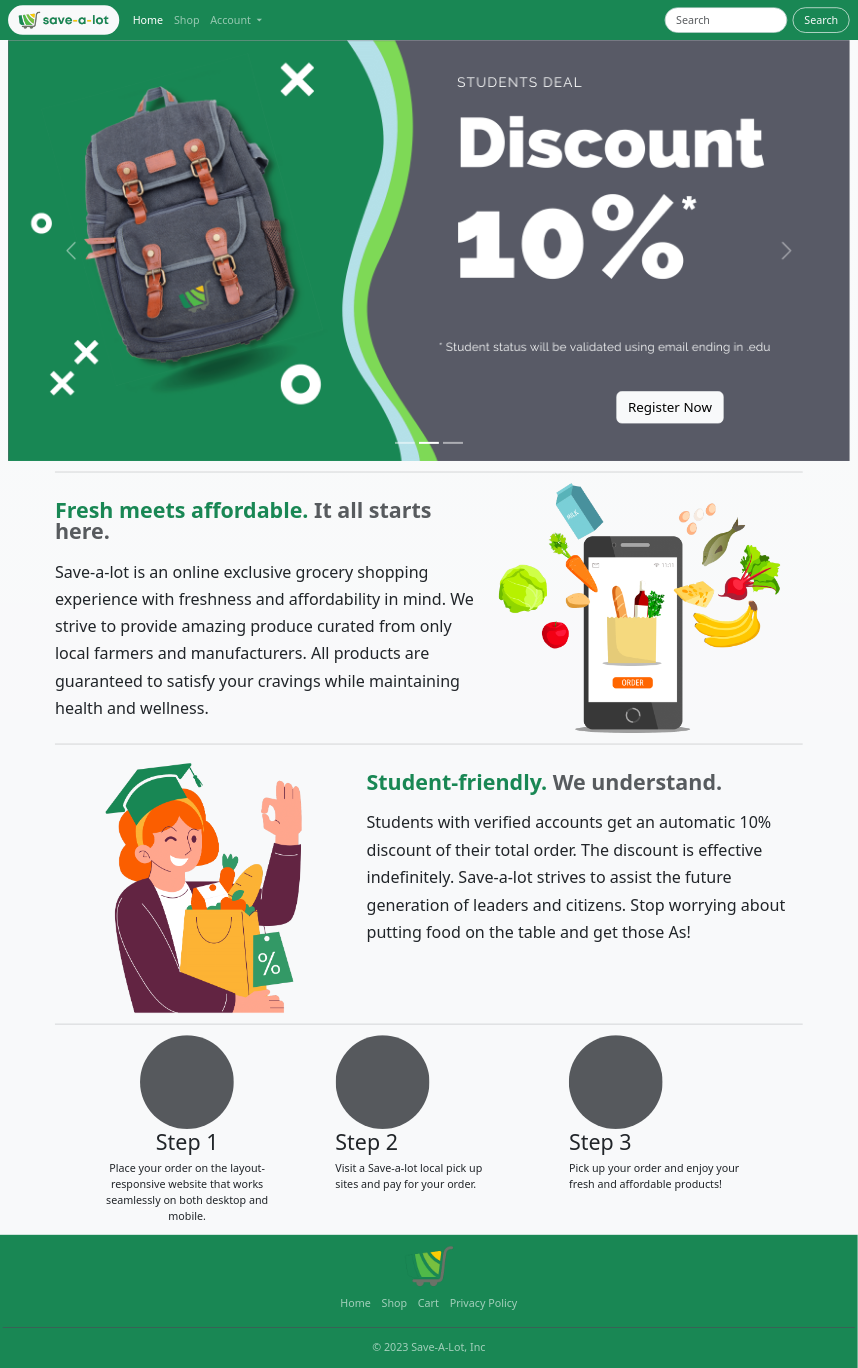
Repository: bill071194/savealot
Page: http://localhost/index
The author's editor kept a record of every edit. The page is drawn from the files as they stood at one moment, then again after the next edit.
The browser window is 1280 px wide. The pictures show the whole page, at 67% of full size.
The page is served by the project's Laravel application, run on PHP 8.4 with Laravel 10. Other server files are loaded and not shown. The database holds what the project's SQL file puts in it.

Above is the page before.

### savealot/routes/web.php
<?php

use Illuminate\Support\Facades\Route;
use App\Http\Controllers\Auth\LoginController;
use App\Http\Controllers\Auth\RegisterController;
use App\Http\Controllers\InventoryController;
use App\Http\Controllers\OrderController;
use App\Http\Controllers\AdminController;
use App\Http\Controllers\UserController;

/*
|--------------------------------------------------------------------------
| Web Routes
|--------------------------------------------------------------------------
|
| Here is where you can register web routes for your application. These
| routes are loaded by the RouteServiceProvider and all of them will
| be assigned to the "web" middleware group. Make something great!
|
*/

// Adding more default view in //
Route::view('/login', 'login');
Route::view('/register', 'register');
Route::view('/privacy', 'privacy');

Auth::routes();

Route::get('/home', [App\Http\Controllers\HomeController::class, 'index'])->name('home');

Route::controller(InventoryController::class)->group(function () {
    Route::get('/', 'homepage');
    Route::get('/index', 'homepage');
    Route::get('/inventory-create', 'create');
    Route::post('/inventory-create', 'store');
    Route::get('/inventory-{id}', 'edit');
    Route::post('/inventory-{id}', 'update');
    Route::post('/inventory/{id}/destroy', 'destroy');
    Route::post('/inventory/{id}/updateQty', 'updateQuantity');
    Route::get('/shop', 'shop');
    Route::get('/shop/{id}', 'show');
    Route::post('/shop/{id}/addToCart', 'addToCart');
    Route::post('/shop/{id}/removeFromCart', 'removeFromCart');
    Route::get('/search', 'search');
    Route::get('/cart', 'cart');
    Route::post('/emptyCart', 'emptyCart');
    Route::get('/uploadfile', 'uploadCSV');
    Route::post('/uploadfile', 'importCSV');
    Route::get('/uploadpicture', 'uploadPicture');
    Route::post('/uploadpicture', 'movePicture');
});

Route::controller(OrderController::class)->group(function () {
    Route::post('/cart/checkout', 'checkOut');
    Route::get('/orderhistory', 'orderHistory');
    Route::put('/order/{id}', 'update');
    Route::delete('/order/{id}', 'destroy');
});

Route::controller(AdminController::class)->group(function () {
    Route::get('/inventory', 'inventoriesDashboard');
    Route::get('/admin', 'adminRedirect');
    Route::get('/adminDashboard', 'adminDashboard');
    Route::get('/orders', 'ordersDashboard');
    Route::get('/ordersList', 'allOrders');
    Route::get('/users', 'usersDashboard');
    Route::get('/usersList', 'allUsers');
    Route::get('/transactions', 'transactionsDashboard');
});

Route::controller(UserController::class)->group(function () {
    Route::put('/user/{id}', 'update');
    Route::delete('/user/{id}', 'destroy');
});

### savealot/app/Http/Controllers/InventoryController.php
<?php

namespace App\Http\Controllers;

use App\Models\Inventory;
use Illuminate\Http\Request;

class InventoryController extends Controller
{
    public function shop()
    {
        $inventories = Inventory::all();
        foreach ($inventories as $item) {
            if (session("cart-$item->id") > 0) {
            } else {
                session(["cart-$item->id" => 0]);
            }
        }
        $inventory = inventory::where('prod_quantity', '>', 0)->where('prod_selling_price', '>', 0)->orderByDesc('prod_revenue', 'prod_sold')->paginate(12);
        return view('shop',['inventory' => $inventory]);
    }

    public function search(Request $request)
    {
        $inventories = Inventory::all();
        foreach ($inventories as $item) {
            if (session("cart-$item->id") > 0) {
            } else {
                session(["cart-$item->id" => 0]);
            }
        }
        $inventory = Inventory::where('prod_name', 'LIKE', '%' . request('search') . '%')->orWhere('prod_description', 'LIKE', '%' . request('search') . '%')->orderByDesc('prod_revenue', 'prod_sold')->paginate(12);
        return view('/shop')->with('inventory', $inventory);
    }

    public function addToCart(string $id, Request $request)
    {
        session()->increment("cart-$id");
        if ($request->redirect == "redirectToCart") {
            return redirect()->action([InventoryController::class, 'cart']);
        } else {
            return redirect(url()->previous()."#id-$id");
        }
    }

    public function removeFromCart(string $id, Request $request)
    {
        session()->decrement("cart-$id");
        if ($request->redirect == "redirectToCart") {
            return redirect()->action([InventoryController::class, 'cart']);
        } else {
            return redirect(url()->previous()."#id-$id");
        }
    }

    public function emptyCart()
    {
        $inventories = Inventory::all();
        foreach ($inventories as $item) {
            session(["cart-$item->id" => 0]);
        }
        return redirect()->action([InventoryController::class, 'shop']);
    }

    public function cart()
    {
        //
        $inventory = inventory::orderByDesc('prod_revenue', 'prod_sold')->get();
        foreach ($inventory as $item) {
            if (session("cart-$item->id") > $item->prod_quantity) {
                $difference = session("cart-$item->id") - $item->prod_quantity;
                session(["cart-$item->id" => $item->prod_quantity]);
                session()->flash('cart-update', 'true');
                session()->flash("cart-update-$item->id", 'true');
                session()->flash("cart-update-$item->id-message", "Sorry, our stock of $item->prod_name has reduced and we have removed $difference of them from your cart.");
            }
        }
        return view('cart',['inventory' => $inventory]);
    }

    public function homepage()
    {
        $inventories = Inventory::all();
        foreach ($inventories as $item) {
            if (session("cart-$item->id") > 0) {
            } else {
                session(["cart-$item->id" => 0]);
            }
        }
        $inventory = $inventories;
        return view('index',['inventory' => $inventory]);
    }

    /**
     * Show the form for creating a new resource.
     */
    public function create()
    {
        //
        return view('/inventory/create');
    }

    /**
     * Store a newly created resource in storage.
     */
    public function store(Request $request)
    {
        // validate the form data
        $this->validate($request, [
            'picture_upload' => 'required|image',
            'prod_name' => 'unique:inventories|required|max:255',
            'prod_quantity' => 'required',
        ]);

        if (!file_exists($filename) || !is_readable($filename))
        return false;

        $file = $request->file('picture_upload');

        // process the data and submit it
        $inventory = new Inventory(); // this is the model Inventory
        $inventory->id = $request->id;
        $inventory->prod_name = $request->prod_name;
        $inventory->prod_description = $request->prod_description;
        $inventory->prod_purchase_price = $request->prod_purchase_price;
        $inventory->prod_selling_price = $request->prod_selling_price;
        $inventory->prod_units = $request->prod_units;
        $inventory->prod_size = $request->prod_size;
        $inventory->prod_quantity = $request->prod_quantity;
        $inventory->prod_picture = "storage/pics/".$file->getClientOriginalName();
        $inventory->prod_color = $request->prod_color;
        $inventory->competitor_saveonfoods = $request->competitor_saveonfoods;
        $inventory->competitor_tnt = $request->competitor_tnt;
        $inventory->competitor_walmart = $request->competitor_walmart;

        $file->storeAs('public', 'pics/'.$file->getClientOriginalName());


        // if successful we want to redirect
        if ($inventory->save()) {
            return redirect('/inventory');
        } else {
            return back()->withInput();
        }
    }

    /**
     * Display the specified resource.
     */

    public function show(string $id)
    {
        // find the record
        $inventory = Inventory::findOrFail($id);
        // return this view
        return view('inventory.show')->with('item', $inventory);
    }

    /**
     * Show the form for editing the specified resource.
     */
    public function edit(string $id)
    {
        // find the record
        $inventory = Inventory::findOrFail($id);
        // return this view
        return view('inventory.edit')->with('item', $inventory);
    }

    /**
     * Update the specified resource in storage.
     */
    public function update(Request $request)
    {
        // validate the form data
        $this->validate($request, [
            'prod_name' => 'required|max:255',
            'prod_quantity' => 'required',
        ]);

        $id = $request->id;
        $inventory = Inventory::whereId($id);

        if ($inventory->update($request->except(['_token']))) {
            return redirect("inventory#items");
        } else {
            return back()->withInput();
        }
    }

    /*
    * Update the quantity only
    */
    public function updateQuantity(Request $request, String $id)
    {
        $updateQty = $request->updateQty;
        $inventory = Inventory::findOrFail($id);
        $inventory->prod_quantity += $updateQty;

        if ($inventory->update()) {
            return redirect(url()->previous()."#id-$id");
        } else {
            return back();
        }
    }

    /**
     * Remove the specified resource from storage.
     */
    public function destroy(Request $request)
    {
        $id = $request->id;
        $inventory = Inventory::whereId($id);
        if ($inventory->delete()) {
            return redirect(url()->previous()."#items");
        } else {
            return back();
        }
    }

    public function uploadPicture() {
        return view('inventory.uploadpicture');
    } // inventory.uploadpicture

    public function movePicture(Request $request) {
        $file = $request->file('image');
        $file->storeAs('public', 'pics/'.$file->getClientOriginalName());

        return redirect('/inventory');
    } // submit image file uploaded

    public function uploadCSV() {
        return view('inventory.uploadfile');
    } // inventory.uploadfile

    function csvToArray($filename = '', $delimiter = ',')
    {
        if (!file_exists($filename) || !is_readable($filename))
            return false;

        $header = null;
        $data = array();
        if (($handle = fopen($filename, 'r')) !== false)
        {
            while (($row = fgetcsv($handle, 1000, $delimiter)) !== false)
            {
                if (!$header)
                    $header = $row;
                else
                    $data[] = array_combine($header, $row);
            }
            fclose($handle);
        }

        return $data;
    }

    public function importCSV(Request $request) {
        $file = $request->file('inventory_csv');

        $inventoryArr = $this->csvToArray($file);

        for ($i = 0; $i < count($inventoryArr); $i ++)
        {
            Inventory::firstOrCreate($inventoryArr[$i]);
        }

        return redirect('/inventory');
    }
}

### savealot/app/Models/Inventory.php
<?php

namespace App\Models;

use Illuminate\Database\Eloquent\Factories\HasFactory;
use Illuminate\Database\Eloquent\Model;

class inventory extends Model
{
    use HasFactory;

    protected $fillable = [
        'prod_name',
        'prod_description',
        'prod_purchase_price',
        'prod_selling_price',
        'prod_units',
        'prod_size',
        'prod_quantity',
        'prod_picture',
        'prod_color',
        'competitor_saveonfoods',
        'competitor_tnt',
        'competitor_walmart',
    ];
}

### savealot/resources/views/index.blade.php
@extends('layouts.base1b')

@section('title', 'Save-a-lot Home')
@section('activeHome', 'active')

@section('main')
<div id="myCarousel" class="carousel slide" data-bs-ride="carousel">
    <div class="carousel-indicators">
      <button type="button" data-bs-target="#myCarousel" data-bs-slide-to="0" class="active" aria-label="Slide 1" aria-current="true"></button>
      <button type="button" data-bs-target="#myCarousel" data-bs-slide-to="1" aria-label="Slide 2" class=""></button>
      <button type="button" data-bs-target="#myCarousel" data-bs-slide-to="2" aria-label="Slide 3" class=""></button>
    </div>
    <div class="carousel-inner">
      <div class="carousel-item active">
        <img src="pics/carousel1.png" alt="carousel1" class="center">
        <div class="container">
          <div class="carousel-caption">
            <p><a class="btn btn-lg btn-success" href="/shop">Shop Now</a></p>
          </div>
        </div>
      </div>
      <div class="carousel-item">
        <img src="pics/carousel2.png" alt="carousel2" class="center">
        <div class="container">
          <div class="carousel-caption text-end">
            <p><a class="btn btn-lg btn-light" href="/register">Register Now</a></p>
          </div>
        </div>
      </div>
      <div class="carousel-item">
        <img src="pics/carousel3.png" alt="carousel3" class="center">
        <div class="container">
        </div>
      </div>
    </div>
    <button class="carousel-control-prev" type="button" data-bs-target="#myCarousel" data-bs-slide="prev">
      <span class="carousel-control-prev-icon" aria-hidden="true"></span>
      <span class="visually-hidden">Previous</span>
    </button>
    <button class="carousel-control-next" type="button" data-bs-target="#myCarousel" data-bs-slide="next">
      <span class="carousel-control-next-icon" aria-hidden="true"></span>
      <span class="visually-hidden">Next</span>
    </button>
</div>

<div class="container marketing">

    <!-- START THE FEATURETTES -->

    <hr class="featurette-divider">

    <div class="row featurette">
      <div class="col-md-7">
        <br>
        <h2 class="featurette-heading fw-bold lh-1 text-success">Fresh meets affordable. <span class="text-body-secondary">It all starts here.</span></h2>
        <p class="lead">Save-a-lot is an online exclusive grocery shopping experience with freshness and affordability in mind. We strive to
        provide amazing produce curated from only local farmers and manufacturers. All products are guaranteed to satisfy your cravings while maintaining
        health and wellness.</p>
      </div>
      <div class="col-md-5">
        <img class="featurette" src="pics/featurette1.png">
      </div>
    </div>

    <hr class="featurette-divider">

    <div class="row featurette">
      <div class="col-md-7 order-md-2">
        <br>
        <h2 class="featurette-heading fw-bold lh-1 text-success">Student-friendly. <span class="text-body-secondary">We understand.</span></h2>
        <p class="lead">Students with verified accounts get an automatic <strong>10% discount</strong> of their total order. The discount is effective indefinitely.
        Save-a-lot strives to assist the future generation of leaders and citizens. Stop worrying about putting food on the table and get those As!</p>
      </div>
      <div class="col-md-5 order-md-1">
        <img class="featurette" src="pics/featurette2.png">
      </div>
    </div>

    <hr class="featurette-divider">

    <!-- /END THE FEATURETTES -->

    <!-- START 3 COLUMNS OF STEPS -->
    <div class="row featurette justify-content-evenly">
      <div class="col-lg-3 text-center">
        <svg class="bd-placeholder-img rounded-circle" width="140" height="140" xmlns="http://www.w3.org/2000/svg" role="img" aria-label="Placeholder" preserveAspectRatio="xMidYMid slice" focusable="false"><title>Placeholder</title><rect width="100%" height="100%" fill="var(--bs-secondary-color)"></rect></svg>
        <h2 class="fw-normal">Step 1</h2>
        <p>Place your order on the layout-responsive website that works seamlessly on both desktop and mobile.</p>
      </div><!-- /.col-lg-4 -->
      <div class="col-lg-3">
        <svg class="bd-placeholder-img rounded-circle" width="140" height="140" xmlns="http://www.w3.org/2000/svg" role="img" aria-label="Placeholder" preserveAspectRatio="xMidYMid slice" focusable="false"><title>Placeholder</title><rect width="100%" height="100%" fill="var(--bs-secondary-color)"></rect></svg>
        <h2 class="fw-normal">Step 2</h2>
        <p>Visit a Save-a-lot local pick up sites and pay for your order.</p>
      </div><!-- /.col-lg-4 -->
      <div class="col-lg-3">
        <svg class="bd-placeholder-img rounded-circle" width="140" height="140" xmlns="http://www.w3.org/2000/svg" role="img" aria-label="Placeholder" preserveAspectRatio="xMidYMid slice" focusable="false"><title>Placeholder</title><rect width="100%" height="100%" fill="var(--bs-secondary-color)"></rect></svg>
        <h2 class="fw-normal">Step 3</h2>
        <p>Pick up your order and enjoy your fresh and affordable products!</p>
      </div><!-- /.col-lg-4 -->
    </div>
    <!-- END COLUMNS -->

  </div>

@endsection

### savealot/public/savealot.sql (the tables this page reads)
CREATE TABLE `inventories` (
  `id` bigint(20) UNSIGNED NOT NULL,
  `prod_name` varchar(255) NOT NULL,
  `prod_description` varchar(255) DEFAULT NULL,
  `prod_purchase_price` decimal(9,2) DEFAULT NULL,
  `prod_selling_price` decimal(9,2) DEFAULT NULL,
  `prod_units` varchar(255) DEFAULT NULL,
  `prod_size` int(11) DEFAULT NULL,
  `prod_quantity` int(11) DEFAULT NULL,
  `prod_picture` varchar(255) DEFAULT NULL,
  `prod_color` text DEFAULT '#198754',
  `prod_sold` int(11) NOT NULL DEFAULT 0,
  `prod_revenue` decimal(12,2) NOT NULL DEFAULT 0.00,
  `competitor_saveonfoods` decimal(8,2) DEFAULT NULL,
  `competitor_tnt` decimal(8,2) DEFAULT NULL,
  `competitor_walmart` decimal(8,2) DEFAULT NULL,
  `created_at` timestamp NULL DEFAULT NULL,
  `updated_at` timestamp NULL DEFAULT NULL
) ENGINE=InnoDB DEFAULT CHARSET=utf8mb4 COLLATE=utf8mb4_unicode_ci;

INSERT INTO `inventories` (`id`, `prod_name`, `prod_description`, `prod_purchase_price`, `prod_selling_price`, `prod_units`, `prod_size`, `prod_quantity`, `prod_picture`, `prod_color`, `prod_sold`, `prod_revenue`, `competitor_saveonfoods`, `competitor_tnt`, `competitor_walmart`, `created_at`, `updated_at`) VALUES
(2, 'Yakisoba Chow Mein', 'These noodles don\'t taste like either Yakisoba or Chow Mein, but they\'re still pretty good. Especially at this price!', 4.00, 6.00, '5x102g', 510, 21, 'pics/Yakisoba_Noodles.jpg', '#ffc200', 18, 108.00, 7.39, NULL, NULL, NULL, '2023-04-09 04:10:17'),
(3, 'Unsalted Cashews', 'These cashews are cheaper than they are at other stores.', 10.00, 13.00, NULL, 800, 10, 'pics/Unsalted_Cashews.webp', '#ef5c02', 1, 13.00, 19.99, 17.99, NULL, '2023-03-21 12:38:50', '2023-04-09 09:30:48'),
(4, 'Salted Cashews', 'These cashews are saltier than other cashews.', 10.00, 13.00, NULL, 800, 17, 'pics/Salted_Cashews.webp', '#4abbe7', 1, 13.00, 19.99, 17.99, NULL, NULL, '2023-04-09 04:10:27'),
(7, 'Que Pasa Yellow Tortilla Chips', 'These whole grain corn tortilla chips are yellow and only a little bit salty.', 3.00, 4.50, NULL, 350, 23, 'pics/Que_Pasa_Yellow.jpg', '#ffb95b', 13, 58.50, 5.69, NULL, 4.97, '2023-03-21 08:27:27', '2023-04-09 04:10:04'),
(8, 'Que Pasa Blue Tortilla Chips', 'These whole grain corn tortilla chips are blue and a little bit salty.', 3.00, 4.50, NULL, 350, 22, 'pics/Que_Pasa_Blue.jpg', '#698abd', 13, 58.50, 5.69, NULL, 4.97, '2023-03-21 08:32:18', '2023-04-09 04:10:02'),
(9, 'Que Pasa Red Tortilla Chips', 'These whole grain corn chips are red and a little bit salty.', 3.00, 4.50, NULL, 350, 22, 'pics/Que_Pasa_Red.jpg', '#f4685a', 13, 58.50, 5.69, NULL, 4.97, '2023-03-21 08:36:30', '2023-04-09 04:10:00'),
(21, 'Kellogg\'s Fun Pac Cereal', '8 small packages of cereal, including Rice Krispies, Corn Pops!, Froot Loops, and Frosted Flakes. Theeyyy\'re great!', 4.00, 6.00, '8x210g', 1680, 13, 'pics/Kellogg\'s Fun Pac Cereal.jpeg', '#00bcfa', 4, 24.00, 6.29, NULL, 4.97, '2023-03-29 03:45:03', '2023-04-09 06:31:44'),
(22, 'Pop Tarts Jumbo Pack', '24-pack of Pop Tarts with three flavours: Strawberry, Blueberry, Raspberry', 7.00, 8.50, '24x48g', 1150, 15, 'pics/Pop Tarts Jumbo Pack.jpeg', '#00afef', 5, 42.50, 11.49, NULL, NULL, '2023-03-29 03:50:16', '2023-04-09 04:10:08'),
(23, 'Lay\'s Chips Variety Pack', '18 packages of Lay\'s chips: 6 Original, 4 Bar-B-Q, 4 Ketchup, 4 Salt & Vinegar. Warning, most of these flavours are polarizing.', 8.00, 9.25, '18x28g', 504, 16, 'pics/Lays Mix Variety Pack.jpeg', '#e69f0d', 4, 37.00, 14.49, NULL, 9.27, '2023-03-29 03:57:12', '2023-04-09 04:10:09'),
(24, 'Hardbite Ghost Pepper Chips', 'These Hardbite Sweet Ghost Pepper Potato Chips are pretty spicy. Eat them at your own risk.', 3.50, 4.50, NULL, 128, 21, 'pics/Hardbite Ghost Pepper Chips.jpeg', '#a72c3b', 14, 63.00, 4.99, NULL, 4.47, '2023-03-29 04:02:41', '2023-04-09 04:10:20'),
(25, 'Miss Vickie\'s Favourites Chips', '10 packs of Miss Vickie\'s potato chips: 4 Original Recipe, 3 Sweet Chili & Sour Cream, 3 Sea Salt & Malt Vinegar', 5.00, 6.50, '10x24g', 240, 16, 'pics/Miss Vickie\'s Favourites.jpeg', '#efe2ba', 9, 58.50, 9.29, NULL, 6.97, '2023-03-29 04:26:14', '2023-04-09 04:09:58'),
(34, 'Monster Energy - Mango Loco', 'This 4 pack of Monster Energy - Mango Loco packs a punch! It combines the taste of a regular energy drink with a lot of real fruit juices and ends up being delicious.', 8.00, 9.50, '4x473ml', NULL, 16, 'pics/Monster_Punch_Mango.jpeg', '#269fcc', 14, 133.00, 13.49, NULL, 9.97, '2023-04-08 10:07:14', '2023-04-09 08:58:51'),
(36, 'Monster Energy - Zero Ultra', 'Despite having almost no calories, this 4-pack of Monster Energy Zero Ultra will boost your energy, all with a smooth taste', 8.00, 9.50, '4x473ml', NULL, 13, 'storage/pics/Monster_Zero_Ultra.jpeg', '#f0f0f0', 7, 66.50, 13.49, NULL, 9.97, '2023-04-09 03:04:18', '2023-04-09 04:10:18'),
(46, 'Monster Energy', 'The original Monster Energy flavour in a pack of 4.', 8.00, 9.50, '4x473ml', NULL, 14, 'storage/pics/Monster_Energy.jpeg', '#86ca00', 6, 57.00, 13.49, NULL, 9.97, '2023-04-09 03:44:02', '2023-04-09 04:10:06'),
(51, 'Coca-Cola - Coke Zero', 'These 12 cans of Coca-Cola Zero have no sugar!', 5.00, 6.50, '12x355ml', 4260, 20, 'storage/pics/Coca-Cola_Zero.jpeg', '#cc3333', 0, 0.00, 8.29, 0.00, 0.00, '2023-04-10 02:59:59', '2023-04-10 02:59:59'),
(52, 'Pepsi - Cola Cans', 'These 12 cans of Pepsi have lots of sugar!', 5.00, 6.50, '12x355ml', 4260, 20, 'storage/pics/Pepsi-Cola.jpeg', '#3366cc', 0, 0.00, 8.29, 0.00, 0.00, '2023-04-10 02:59:59', '2023-04-10 02:59:59');

ALTER TABLE `inventories`
  ADD PRIMARY KEY (`id`),
  ADD UNIQUE KEY `inventory_prod_name_unique` (`prod_name`);

ALTER TABLE `inventories`
  MODIFY `id` bigint(20) UNSIGNED NOT NULL AUTO_INCREMENT, AUTO_INCREMENT=53;

Loaded but not shown: savealot/app/Http/Controllers/Auth/ConfirmPasswordController.php (common file); savealot/app/Http/Controllers/Controller.php (common file); savealot/public/bootstrap.css (library); savealot/public/bootstrap.bundle.js (library); savealot/resources/views/layouts/base1b.blade.php (225 lines, source omitted)

After the next edit:
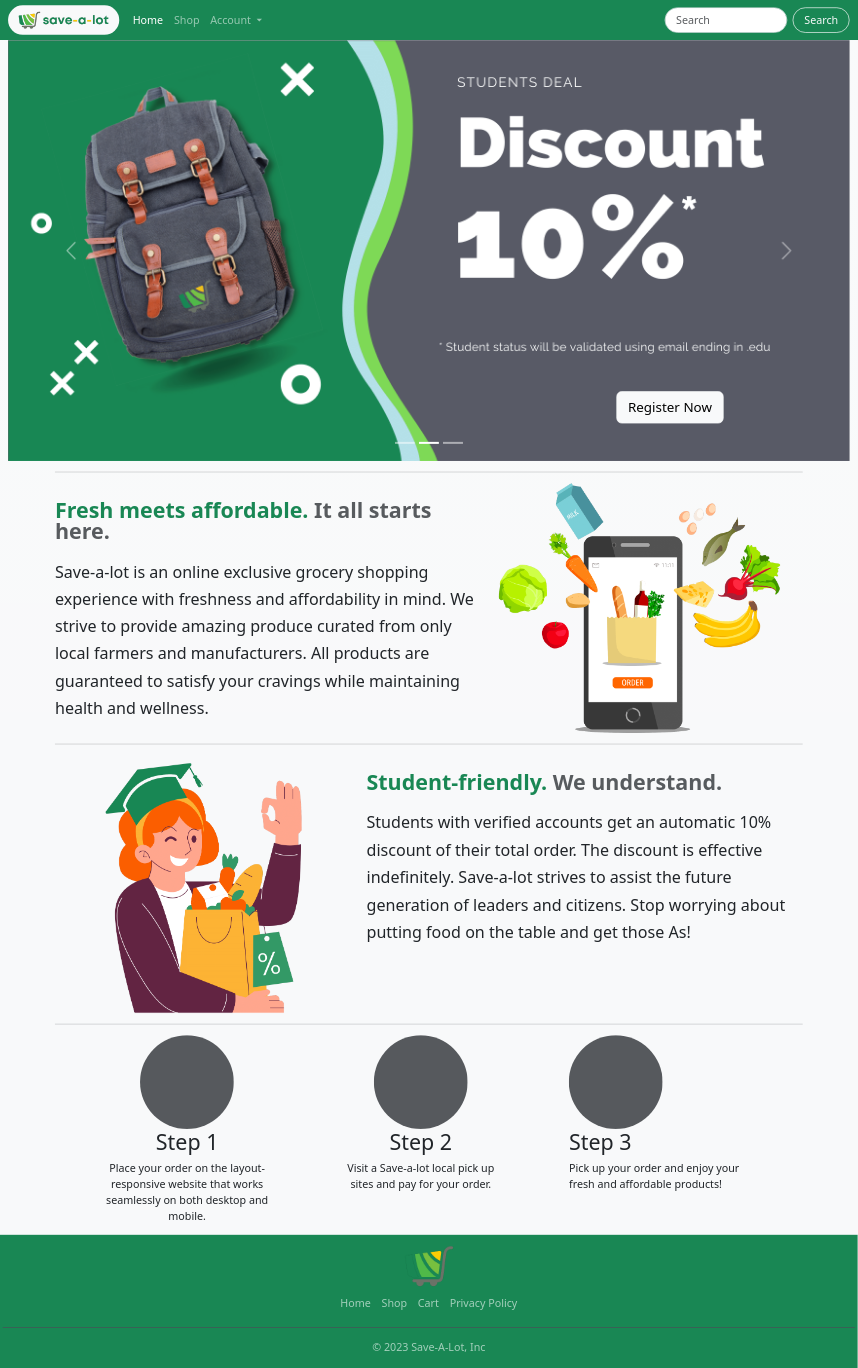
The edit:
--- a/savealot/resources/views/index.blade.php
+++ b/savealot/resources/views/index.blade.php
@@ -87,7 +87,7 @@
         <h2 class="fw-normal">Step 1</h2>
         <p>Place your order on the layout-responsive website that works seamlessly on both desktop and mobile.</p>
       </div><!-- /.col-lg-4 -->
-      <div class="col-lg-3">
+      <div class="col-lg-3 text-center">
         <svg class="bd-placeholder-img rounded-circle" width="140" height="140" xmlns="http://www.w3.org/2000/svg" role="img" aria-label="Placeholder" preserveAspectRatio="xMidYMid slice" focusable="false"><title>Placeholder</title><rect width="100%" height="100%" fill="var(--bs-secondary-color)"></rect></svg>
         <h2 class="fw-normal">Step 2</h2>
         <p>Visit a Save-a-lot local pick up sites and pay for your order.</p>
